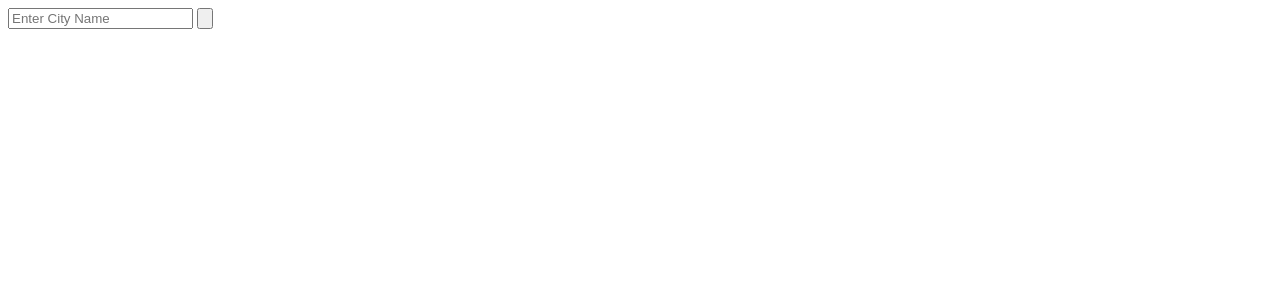
Repository: dubeprince/WeatherApp-Project
Page: WeatherApp/index.html
An editor plug-in stored every save of this project. The page is shown before and after the next save, followed by the edit.
The browser window is 1280 px wide. The pictures show the whole page.

Above is the page before, as saved 2023-05-26 09:58:20.
Not found: WeatherApp/images/seach.png

After the next save:
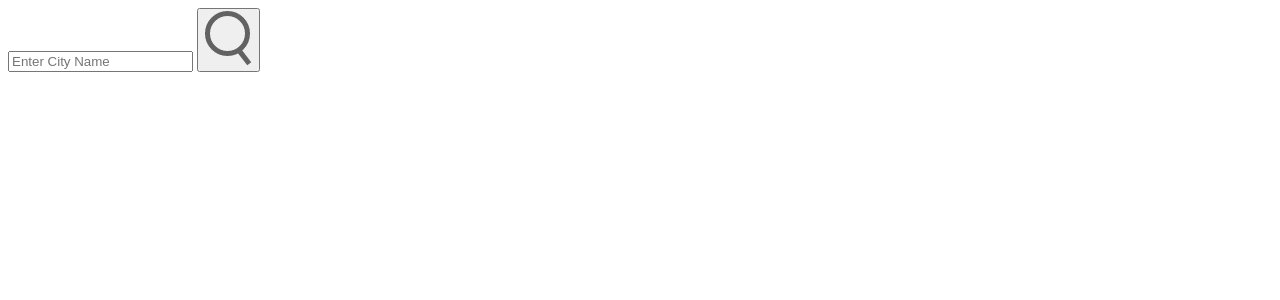
Saved 2 min 7 s later.
--- a/WeatherApp/index.html
+++ b/WeatherApp/index.html
@@ -11,7 +11,7 @@
     <div class="card">
         <div class="search">
             <input type="text" placeholder="Enter City Name" spellcheck="false">
-            <button><img src="images/seach.png" alt=""></button>
+            <button><img src="images/search.png" alt=""></button>
         </div>
     </div>
 
